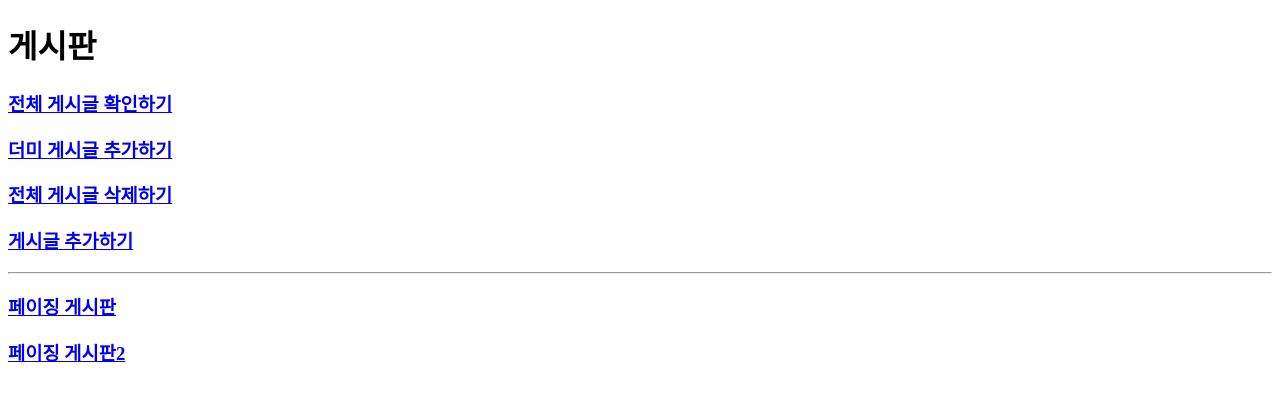
Repository: pyeonm30/PYMjspWorkspace
Page: http://localhost/basicJSP/08_basic_board/_00_main.jsp
The author's editor kept a copy of each file at every save. The page is drawn from the files as they stood at one save, then again after the next save.
The browser window is 1280 px wide. The pictures show the whole page.
The page is served by Tomcat 9.

Above is the page before, as saved 2024-02-01 01:17:13.

After the next save:
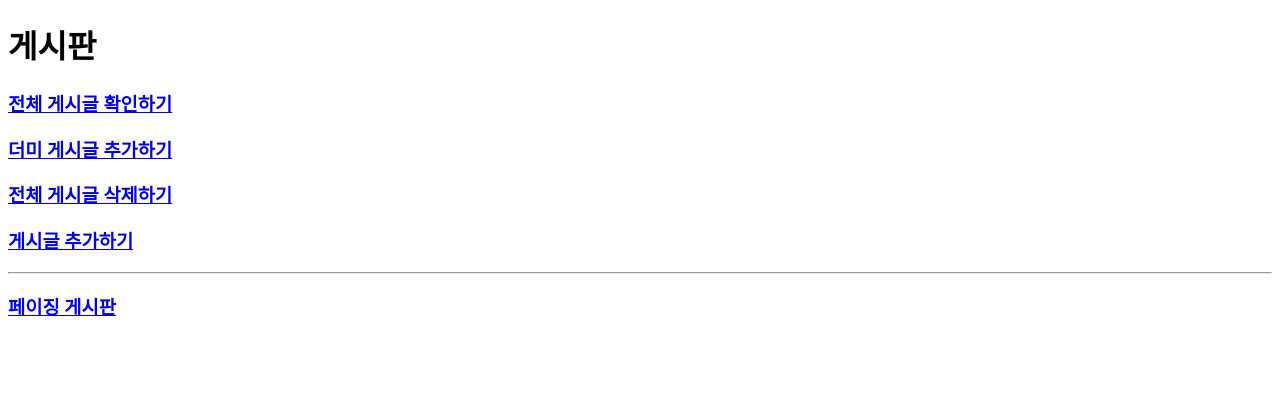
Saved 33 s later.
--- a/basicJSP/src/main/webapp/08_basic_board/_00_main.jsp
+++ b/basicJSP/src/main/webapp/08_basic_board/_00_main.jsp
@@ -17,6 +17,6 @@
 	<hr>
 
 	<h3><a href="_07_boardListPaging.jsp">페이징 게시판</a></h3>
-	<h3><a href="_08_boardListPaging2.jsp">페이징 게시판2</a></h3>
+
 </body>
 </html>
